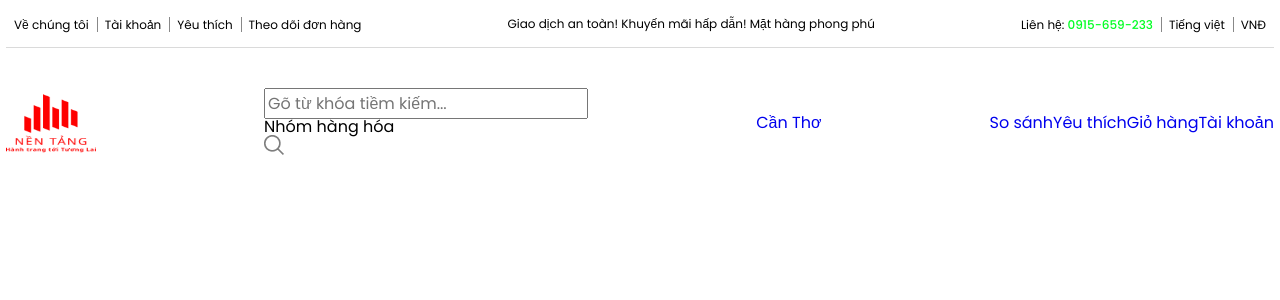
Repository: DucNghia2004/project_pro_01
Page: index.html
These files come from the project's save history. The page is drawn as it stood at one moment and after the next save; the edit follows.
The browser window is 1280 px wide. The pictures show the whole page.

Above is the page before, as saved 2024-05-30 21:23:19.

After the next save:
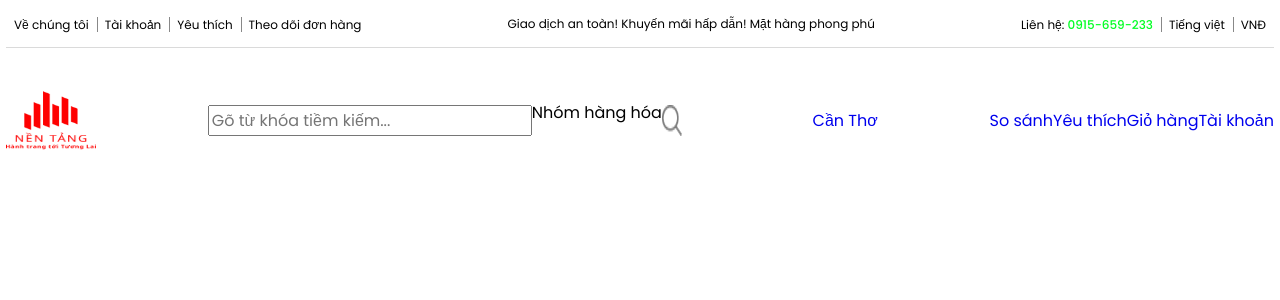
Saved 22 s later.
--- a/assets/css/styles.css
+++ b/assets/css/styles.css
@@ -138,6 +138,10 @@ a {
     height: 65px;
 }
 
+.search-form {
+    display: flex;
+}
+
 .info-consumer__list {
     display: flex;
 }
